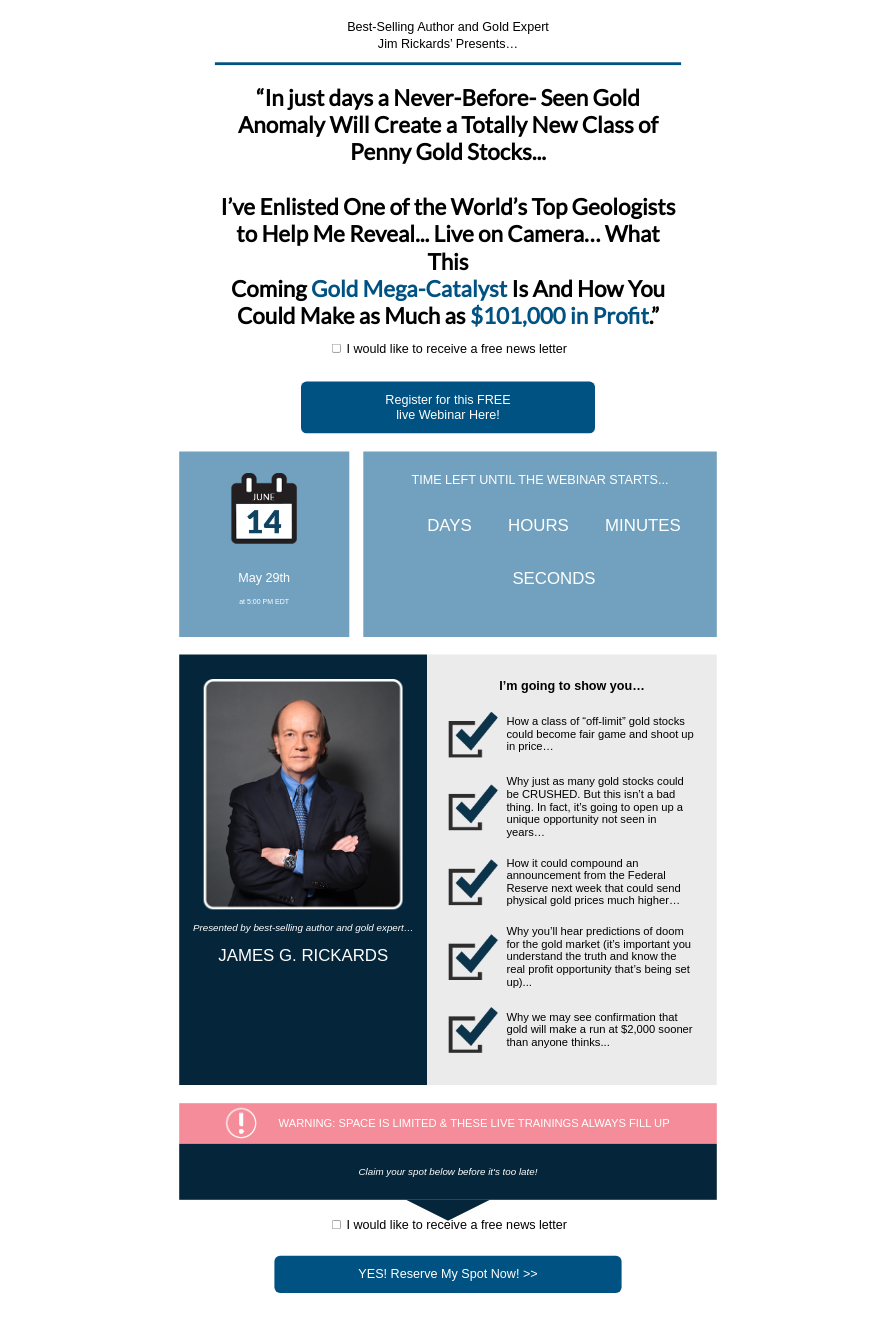
Repository: KrystellBarraza/Test
Page: index.html
These files come from the project's save history. The page is drawn as it stood at one moment and after the next save; the edit follows.
The browser window is 1280 px wide. The pictures show the whole page, at 70% of full size.

Above is the page before, as saved 2019-10-07 13:33:05.

### index.html
<!DOCTYPE <!DOCTYPE html>
<!--[if lt IE 7]>      <html class="no-js lt-ie9 lt-ie8 lt-ie7"> <![endif]-->
<!--[if IE 7]>         <html class="no-js lt-ie9 lt-ie8"> <![endif]-->
<!--[if IE 8]>         <html class="no-js lt-ie9"> <![endif]-->
<!--[if gt IE 8]><!--> <html class="no-js"> <!--<![endif]-->
    <head>
        <meta charset="utf-8">
        <meta http-equiv="X-UA-Compatible" content="IE=edge">
        <title>Newsletter Offer</title>
        <meta name="description" content="Newsletter">
        <meta name="viewport" content="width=device-width, initial-scale=1">
        <link href="https://fonts.googleapis.com/css?family=Lato&display=swap" rel="stylesheet">
        <link rel="stylesheet" href="style.css">
    </head>
    <body>
        <div class="container-top">
            <div class="header">
                <p>Best-Selling Author and Gold Expert<br> Jim Rickards’ Presents…</p>
            </div>

            <div class="content">
                <hr style="border: 2px solid #005282">
                <br>

                <h1>“In just days a Never-Before- Seen Gold Anomaly
                    Will Create a Totally New Class of Penny Gold Stocks...
                    <br>
                    <br>
                    I’ve Enlisted One of the World’s Top Geologists
                    to Help Me Reveal... Live on Camera… What This<br>
                    Coming <span class="highlight">Gold Mega-Catalyst</span> Is And How You Could Make
                    as Much as <span class="highlight">$101,000 in Profit</span>.”
                </h1>
                <br>

                <input type="checkbox" name="signup" value="yes" id="check-top"><span style="font-size: 18px; font-family: arial, sans-serif;"> I would like to receive a free news letter</span><br>
                <br>
                <br>
                <div class="button-container">
                    <button class="button button-top"><span style="font-size: 18px; font-family: arial, sans-serif; font-weight: 500;">Register for this FREE <br>live Webinar Here!</span></button>
                </div>
            </div>
        </div>

        <div class="container-middle">
            <div class="blocks blocks-left">
                <img src="images/Calendar.png">
                <br>
                <br>
                <br>
                <p style="color: #fff; font-weight: 500;" class="date">May 29th</p>
                <br>
                <span class="time">at 5:00 PM EDT</span>
            </div>

            <div class="blocks blocks-right">
                <p style="color: #fff;" class="webinar">TIME LEFT UNTIL THE WEBINAR STARTS...</p>
                <ul>
                    <li><span id="days"></span>Days</li>
                    <li><span id="hours"></span>Hours</li>
                    <li><span id="minutes"></span>Minutes</li>
                    <li><span id="seconds"></span>Seconds</li>
                </ul>
            </div>
        </div>

        <div class="container-bottom">
            <div class="block-left">
                <img src="images/JimRickards.png">
                <br>
                <br>
                <p style="color: #fff; font-size: 14px; font-style: italic;" class="presented">Presented by best-selling author and gold expert…</p>
                <br>
                <p style="color: #fff; font-size: 24px;">JAMES G. RICKARDS</p>
            </div>

            <div class="block-right">
                <p style="text-align: center; font-weight: bold;">I’m going to show you…</p>

                <table>
                    <tr>
                        <td><img src="images/checkmark.png"></td>
                        <td><p style="font-size: 16px;">How a class of “off-limit” gold stocks could become fair game and shoot up in price…</p></td>
                    </tr>

                    <tr>
                        <td><img src="images/checkmark.png"></td>
                        <td><p style="font-size: 16px;">Why just as many gold stocks could be CRUSHED. But this isn’t a bad thing.
                        In fact, it’s going to open up a unique opportunity not seen in years…</p></td>
                    </tr>

                    <tr>
                        <td><img src="images/checkmark.png"></td>
                        <td><p style="font-size: 16px;">How it could compound an announcement from the Federal Reserve next week
                        that could send physical gold prices much higher…</p></td>
                    </tr>

                    <tr>
                        <td><img src="images/checkmark.png"></td>
                        <td><p style="font-size: 16px;">Why you’ll hear predictions of doom for the gold market (it’s important you
                        understand the truth and know the real profit opportunity that’s being set up)...</p></td>
                    </tr>

                    <tr>
                        <td><img src="images/checkmark.png"></td>
                        <td><p style="font-size: 16px;">Why we may see confirmation that gold will make a run at $2,000 sooner than
                        anyone thinks...</p></td>
                    </tr>
                </table>
            </div>

        </div>

        <div class="container-footer">
            <div class="warning">
                <img src="images/exclamation.png" class="exclamation-mark"/>
                <p style="color: #fff; font-size: 16px;" class="warning-text">WARNING: SPACE IS LIMITED & THESE LIVE TRAININGS ALWAYS FILL UP</p>
            </div>

            <div class="claim">
                <p style="color: #fff; font-size: 14px; font-style: italic;">Claim your spot below before it's too late!</p>
            </div>

            <div class="checkbox">
                <input type="checkbox" name="signup" value="yes" id="check-bottom"><span style="font-size: 18px; font-family: arial, sans-serif;"> I would like to receive a free news letter</span><br>
            </div>

            <div class="closing-button">
                <button class="button button-top"><span style="font-size: 18px; font-family: arial, sans-serif; font-weight: 500;">YES! Reserve My Spot Now! >></span></button>
            </div>

            <div class="footer">
                <br>
                <br>
            </div>
        </div>

        <script src="https://code.jquery.com/jquery-3.4.1.slim.js" integrity="sha256-BTlTdQO9/fascB1drekrDVkaKd9PkwBymMlHOiG+qLI=" crossorigin="anonymous"></script>
        <script src="app.js" async defer></script>
    </body>
</html>

### style.css
* {
    box-sizing: border-box;
}

html {
    scroll-behavior: smooth;
}

body {
    margin: 0;
    background-color: #fff;
}

p {
    font-family: arial, sans-serif;
    color: #000;
    margin: 0;
    font-size: 18px;
}

h1 {
    font-family: "Lato", sans-serif;
    margin: 0;
}

/* Container - Top */

.container-top {
    display: grid;
    grid-template-columns: repeat(12, 1fr);
    grid-template-rows: auto 1fr 1fr;
    grid-gap: 5px;
    grid-column-gap: 20px;
    padding-left: 24%;
    padding-right: 24%;
    padding-top: 2%;
    grid-template-areas:
    "h h h h h h h h h h h h"
    "c c c c c c c c c c c c"
    "c c c c c c c c c c c c"
    "c c c c c c c c c c c c"
    "c c c c c c c c c c c c"
    "c c c c c c c c c c c c"
    "c c c c c c c c c c c c";
}

.header {
    grid-area: h;
    text-align: center;
    line-height: 19pt;
}

.content {
    grid-area: c;
    text-align: center;
}

.highlight {
    color: #005282;
}

.button {
    background-color: #005282;
    border: none;
    color: #fff;
    padding-top: 16px;
    padding-bottom: 16px;
    padding-left: 120px;
    padding-right: 120px;
    border-radius: 8px;
}

.button-container {
    align-content: center;
}

@media screen and (max-width: 415px) {
    .container-top {
        display: grid;
        grid-template-columns: repeat(12, 1fr);
        grid-template-rows: auto 1fr 1fr;
        grid-gap: 5px;
        grid-column-gap: 20px;
        padding-left: 8%;
        padding-right: 8%;
        padding-top: 7%;
        grid-template-areas:
        "h h h h h h h h h h h h"
        "c c c c c c c c c c c c"
        "c c c c c c c c c c c c"
        "c c c c c c c c c c c c"
        "c c c c c c c c c c c c"
        "c c c c c c c c c c c c"
        "c c c c c c c c c c c c";
    }

    p {
        font-size: 15px;
    }

    h1 {
        font-size: 24px;
    }

    .button {
        padding-left: 40px;
        padding-right: 40px;
    }
}

/* Container - Middle */

.container-middle {
    display: grid;
    grid-template-columns: repeat(12, 1fr);
    grid-template-rows: auto 1fr 1fr;
    grid-gap: 5px;
    grid-column-gap: 20px;
    padding-left: 20%;
    padding-right: 20%;
    padding-top: 2%;
    grid-template-areas:
    "l l l l r r r r r r r r"
    "l l l l r r r r r r r r"
    "l l l l r r r r r r r r"
    "l l l l r r r r r r r r"
    "l l l l r r r r r r r r";
}

.blocks {
    background-color: #71a1be;
    color: #fff;
    padding-top: 30px;
    padding-bottom: 30px;
}

.blocks-left {
    grid-area: l;
    text-align: center;
}

.blocks-left > img {
    object-fit: contain;
    width: 40%;
}

.blocks-right {
    grid-area: r;
    text-align: center;
}

.time {
    font-size: 10px!important;
    font-family: arial, sans-serif;
}

li {
    display: inline-block;
    font-size: 1.5em;
    list-style-type: none;
    padding: 1em;
    text-transform: uppercase;
    font-family: arial, sans-serif;
}

@media screen and (max-width: 415px) {
    .container-middle {
        display: grid;
        grid-template-columns: repeat(12, 1fr);
        grid-template-rows: auto 1fr 1fr;
        grid-gap: 0;
        grid-column-gap: 20px;
        padding-left: 0%;
        padding-right: 0%;
        padding-top: 7%;
        grid-template-areas:
        "l l l l l l l l l l l l"
        "l l l l l l l l l l l l"
        "l l l l l l l l l l l l"
        "l l l l l l l l l l l l"
        "l l l l l l l l l l l l"
        "r r r r r r r r r r r r"
        "r r r r r r r r r r r r"
        "r r r r r r r r r r r r"
        "r r r r r r r r r r r r"
        "r r r r r r r r r r r r";
    }

    p {
        font-size: 20px;
    }

    .time {
        font-size: 16px!important;
    }

    .webinar {
        padding-left: 20px;
        padding-right: 20px;
        font-weight: 600;
        font-size: 24px;
    }

    .date {
        font-weight: 900;
        font-size: 26px;
    }
}

/* Container - Bottom */

.container-bottom {
    display: grid;
    grid-template-columns: repeat(13, 1fr);
    grid-template-rows: auto 1fr 1fr;
    grid-gap: 5px;
    grid-column-gap: 0px;
    padding-left: 20%;
    padding-right: 20%;
    padding-top: 2%;
    grid-template-areas:
    "b b b b b b g g g g g g g"
    "b b b b b b g g g g g g g"
    "b b b b b b g g g g g g g"
    "b b b b b b g g g g g g g"
    "b b b b b b g g g g g g g";
}

.block-left {
    grid-area: b;
    background-color: #05263a;
    text-align: center;
    padding-top: 35px;
    padding-bottom: 35px;
}

.block-left > img {
    object-fit: contain;
    width: 80%;
}

.block-right {
    grid-area: g;
    background-color: #ebebeb;
    color: #000;
    padding-top: 35px;
    padding-bottom: 35px;
    padding-left: 20px;
    padding-right: 20px;
}

td {
    padding-top: 15px;
}

table {
    border-spacing: 10px 10px;
}

@media screen and (max-width: 414px) {
    .container-bottom {
        display: grid;
        grid-template-columns: repeat(8, 1fr);
        grid-template-rows: auto 1fr 1fr;
        grid-gap: 0;
        grid-column-gap: 20px;
        padding: 0;
        grid-template-areas:
        "b b b b b b b b"
        "b b b b b b b b"
        "b b b b b b b b"
        "b b b b b b b b"
        "b b b b b b b b"
        "g g g g g g g g"
        "g g g g g g g g"
        "g g g g g g g g"
        "g g g g g g g g"
        "g g g g g g g g";
    }

    .presented {
        padding-left: 5px;
        padding-right: 5px;
    }
}

/* Container - Footer */

.container-footer {
    display: grid;
    grid-template-columns: repeat(12, 1fr);
    grid-template-rows: auto 1fr 1fr;
    grid-column-gap: 20px;
    padding-left: 20%;
    padding-right: 20%;
    padding-top: 2%;
    grid-template-areas:
    "p p p p p p p p p p p p"
    "n n n n n n n n n n n n"
    "w w w w w w w w w w w w"
    "s s s s s s s s s s s s"
    "f f f f f f f f f f f f";
}

.warning {
    grid-area: p;
    background-color: #f58c99;
    text-align: center;
    align-content: center;
    padding-left: 60px;
    padding-right: 60px;
    display: flex;
}

.exclamation-mark {
    width: 45px;
    height: 45px;
    margin: 6px;
}

.warning-text {
    padding-top: 20px;
    padding-left: 25px;
    padding-bottom: 20px;
}

.claim {
    grid-area: n;
    background-color: #05263a;
    text-align: center;
    padding-top: 32px;
    padding-bottom: 32px;
    position: relative;
}

.claim::after {
    content:'';
    position: absolute;
    top: 100%;
    left: 0;
    right: 0;
    margin: 0 auto;
    width: 0;
    height: 0;
    border-top: solid 30px #05263a;
    border-left: solid 60px transparent;
    border-right: solid 60px transparent;
}

.checkbox {
    grid-area: w;
    text-align: center;
    padding-top: 26px;
    padding-bottom: 26px;
}

.closing-button {
    grid-area: s;
    text-align: center;
}

.footer {
    grid-area: f;
}

@media screen and (max-width: 414px) {
    .container-footer {
        display: grid;
        grid-template-columns: repeat(12, 1fr);
        grid-template-rows: auto 1fr 1fr;
        grid-column-gap: 20px;
        padding: 0;
        grid-template-areas:
        "p p p p p p p p p p p p"
        "n n n n n n n n n n n n"
        "w w w w w w w w w w w w"
        "s s s s s s s s s s s s"
        "f f f f f f f f f f f f"
        "f f f f f f f f f f f f"
        "f f f f f f f f f f f f";
    }

    .exclamation-mark {
        display: none;
    }

    .warning {
        padding-left: 20px;
        padding-right: 20px;
    }

    .warning-text {
        padding-left: 0;
    }
}

### app.js
// 1. Checkbox listens to mouse event change (e), causes other checkbox to set to same state.
$("#check-top").on("change", function(e){
    $("#check-bottom").prop("checked", this.checked).checkboxradio("refresh");
});

$("#check-bottom").on("change", function(e){
   $("#check-top").prop("checked", this.checked).checkboxradio("refresh");
});

// 2.

After the next save:
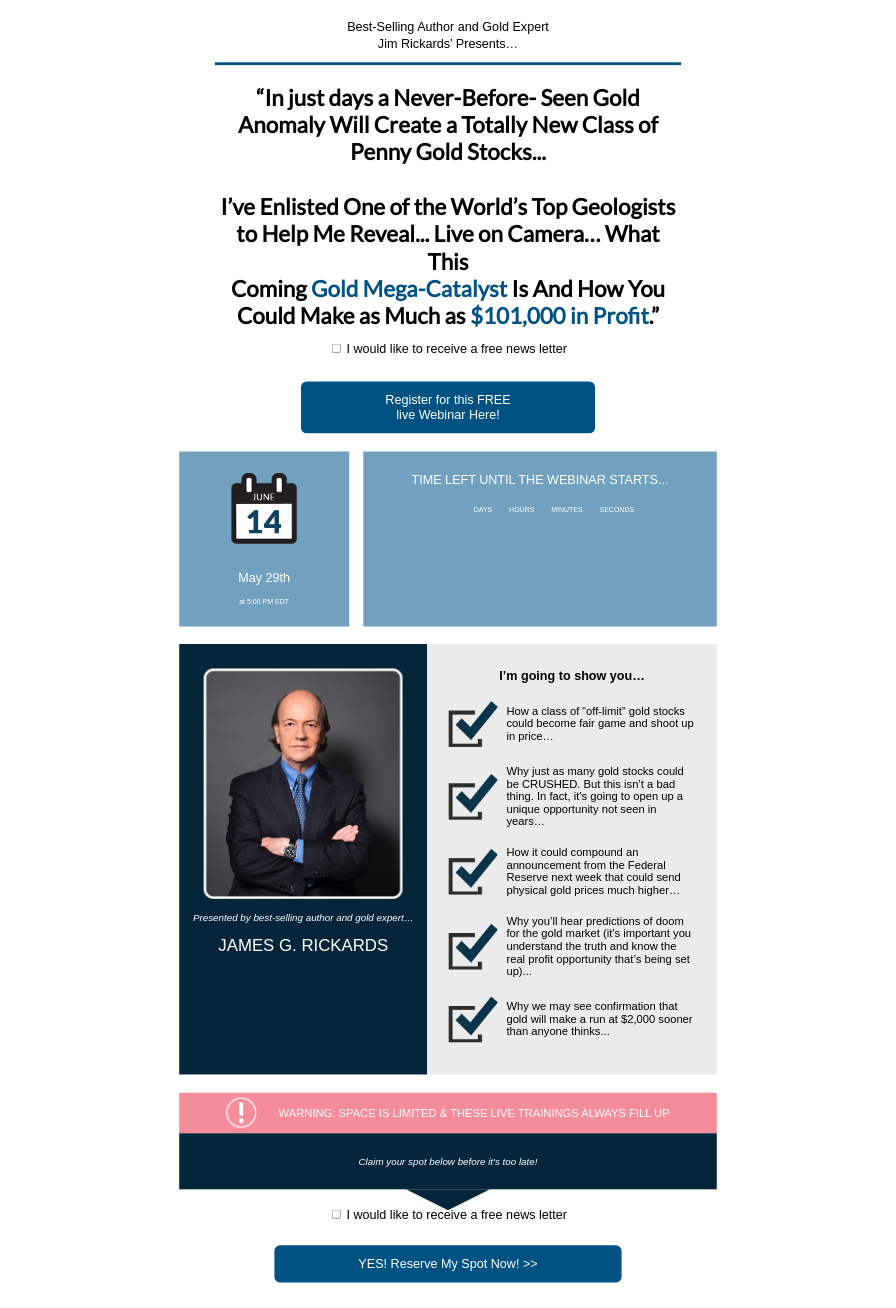
Saved 15 s later.
--- a/style.css
+++ b/style.css
@@ -156,7 +156,7 @@
 
 li {
     display: inline-block;
-    font-size: 1.5em;
+    font-size: 10px;
     list-style-type: none;
     padding: 1em;
     text-transform: uppercase;
